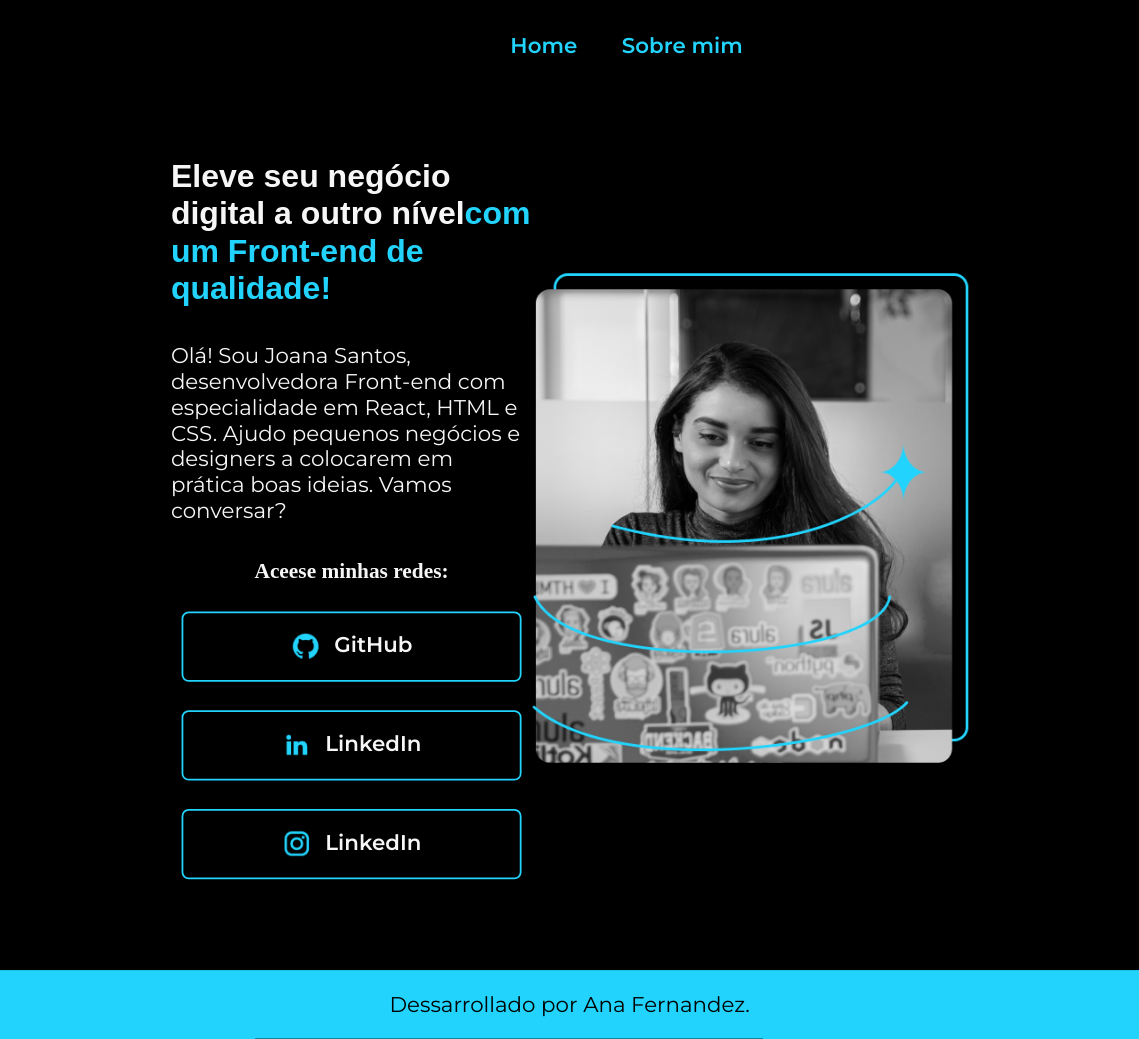
Repository: AnaFzCz/Portifolio-HTML-CSS-dinamico
Page: index.html
The author's editor kept a copy of each file at every save. The page is drawn from the files as they stood at one save, then again after the next save.
The browser window is 1280 px wide. The pictures show the whole page, at 89% of full size.
Some web fonts or font styles are not loaded; a fallback is used.

Above is the page before, as saved 2025-02-09 07:22:57.

After the next save:
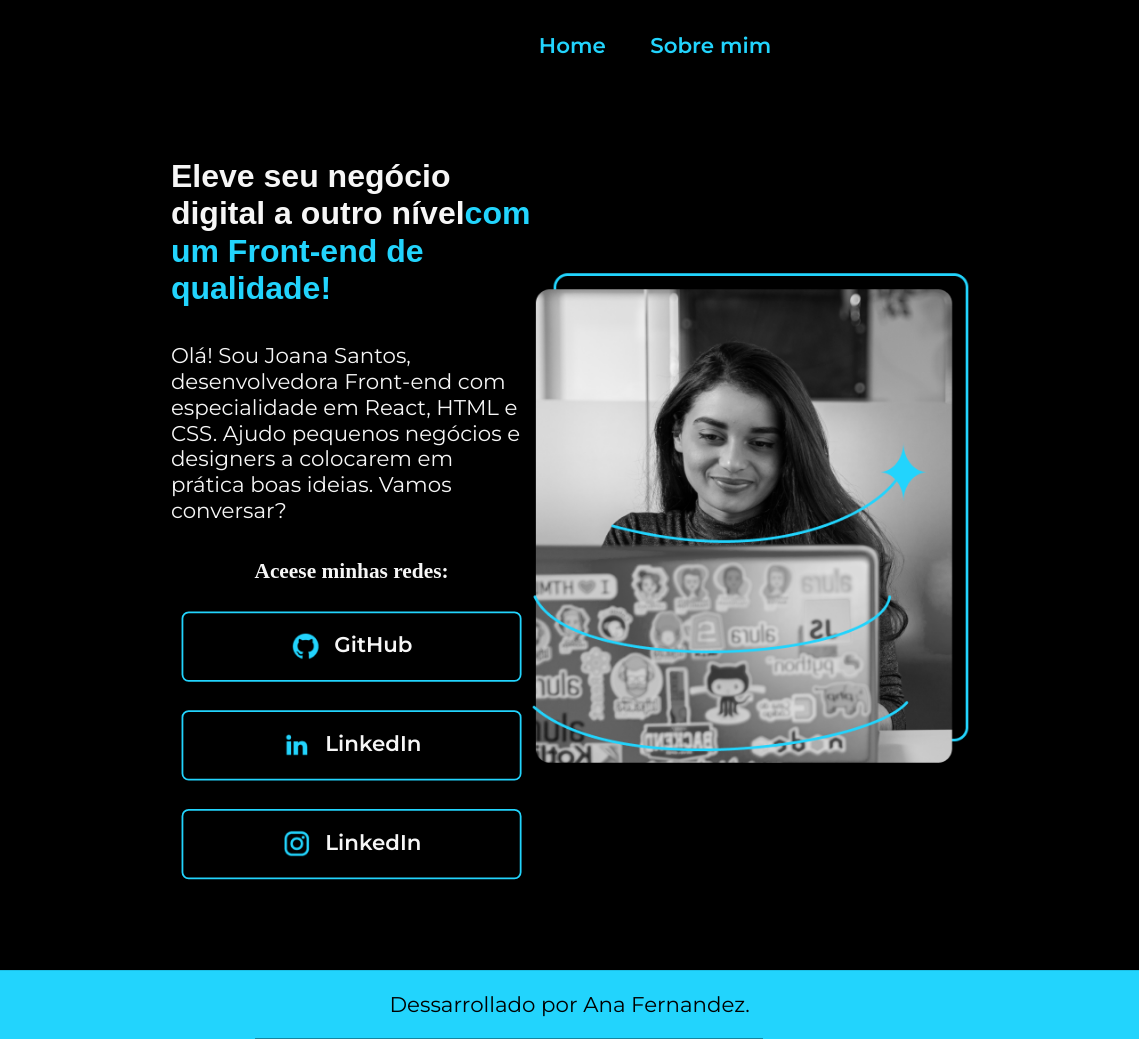
Saved 20 s later.
--- a/style.css
+++ b/style.css
@@ -16,8 +16,8 @@
     color: #22D4FD;
 }
 
-.cabecalho{
-    padding: 2% 0% 0% 10%;
+.cabecalho {
+    padding: 2% 0% 0% 15%;
 
 }
 
